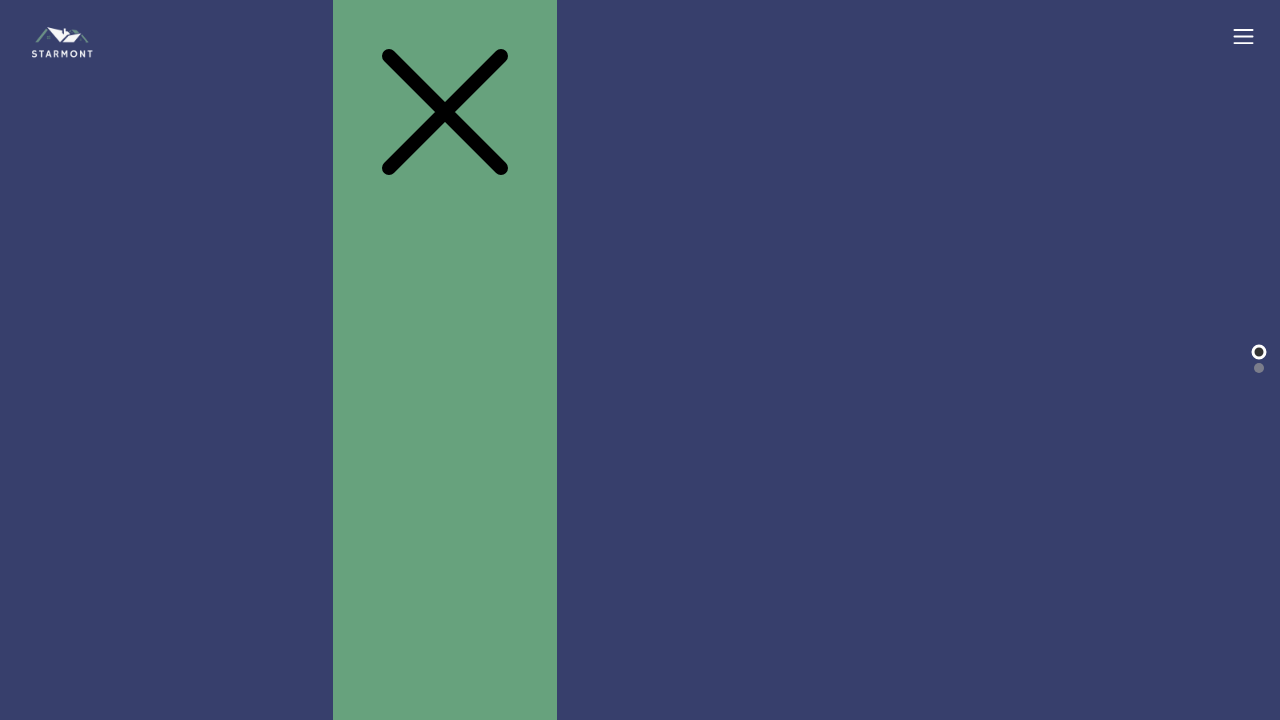
Repository: Mikolaj982/Starmont-website
Page: /
The author's editor kept a copy of each file at every save. The page is drawn from the files as they stood at one save, then again after the next save.
The browser window is 1280 px wide. The pictures show the whole page.
The project was rebuilt for these pictures with package versions that can differ from the ones it lists, and the page was loaded fresh each time. The framework's server and built-in components were replaced by stand-ins that run in the browser. Also part of the build but not shown: next.config.js.

Above is the page before, as saved 2024-01-08 09:49:40.

After the next save:
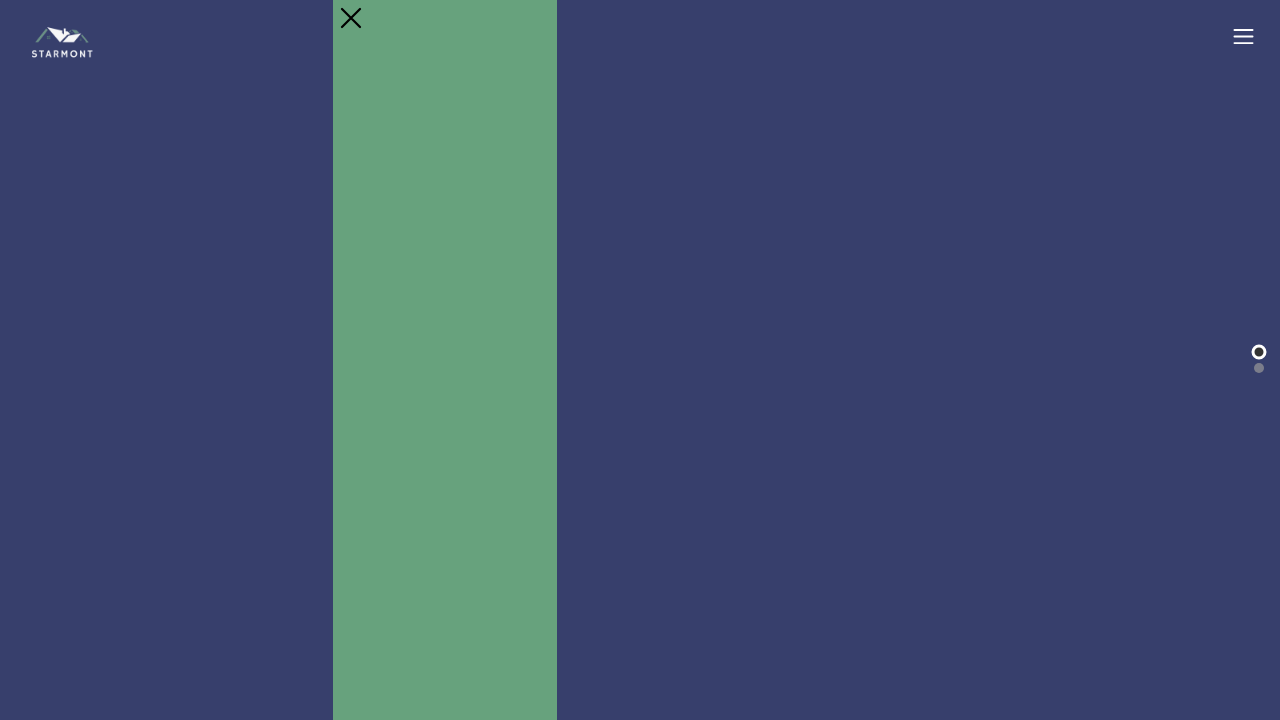
Saved 79 s later.
--- a/src/app/components/RightSidebar.tsx
+++ b/src/app/components/RightSidebar.tsx
@@ -11,7 +11,7 @@ const RightSidebar: React.FC<RightSidebarProps> = ({ setIsOpen, isOpen }) => {
 
     return (
         <div className={`w-56 h-[100vh] fixed z-20 bg-[#67A27D] transform transition-transform duration-1000 ease-in-out ${isOpen ? 'translate-x-32' : 'translate-x-[333px]'}`}>
-            <XMarkIcon onClick={() => setIsOpen(false)} className='z-20 top-0' />
+            <XMarkIcon onClick={() => setIsOpen(false)} className='z-20 top-0 h-9' />
         </div>
     )
 }
